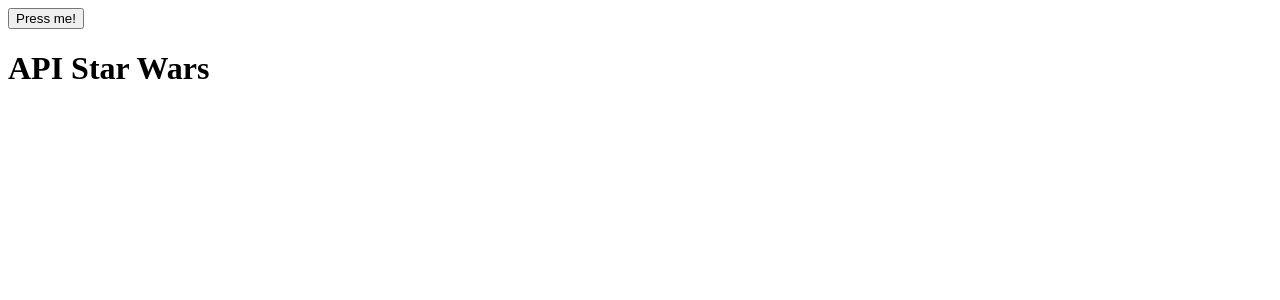
Repository: arione15/Ud-LS_JS_Fetch_Promise
Page: index.html
An editor plug-in stored every save of this project. The page is shown before and after the next save, followed by the edit.
The browser window is 1280 px wide. The pictures show the whole page.

Above is the page before, as saved 2021-08-22 20:53:57.

After the next save:
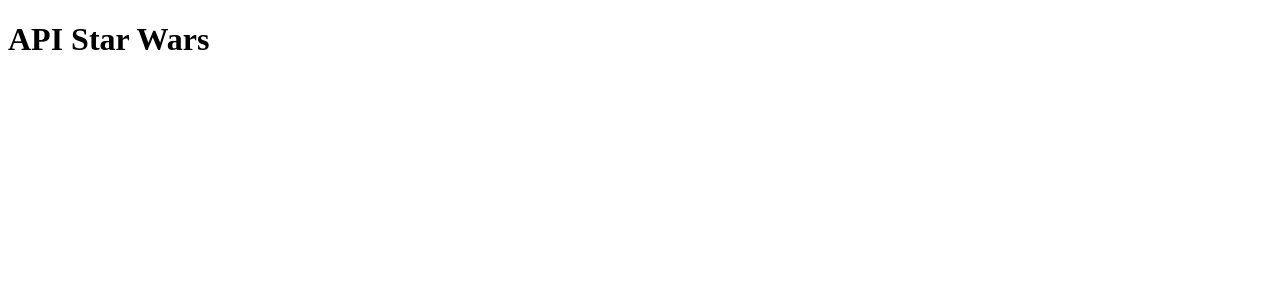
Console error (its wording comes from the project's code and is left out).
Saved 36 min 49 s later.
--- a/app.js
+++ b/app.js
@@ -1,7 +1,7 @@
 const url = 'http://swapi.dev/api/planets';
 const btn = document.createElement("button");
 btn.textContent="Press me!";
-document.body.appendChild(btn);
+document.appendChild(btn);
 btn.addEventListener("click", asyncData);
 
 

After the save that followed:
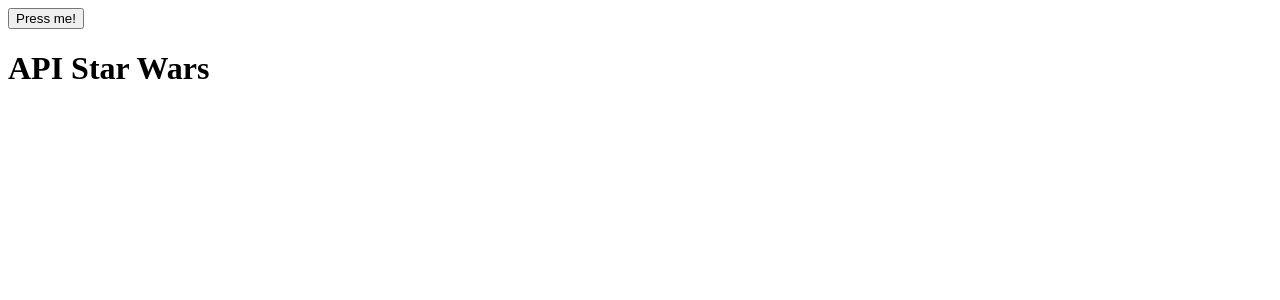
The error is gone.
Saved 49 s later.
--- a/app.js
+++ b/app.js
@@ -1,7 +1,7 @@
 const url = 'http://swapi.dev/api/planets';
 const btn = document.createElement("button");
 btn.textContent="Press me!";
-document.appendChild(btn);
+document.body.appendChild(btn);
 btn.addEventListener("click", asyncData);
 
 
